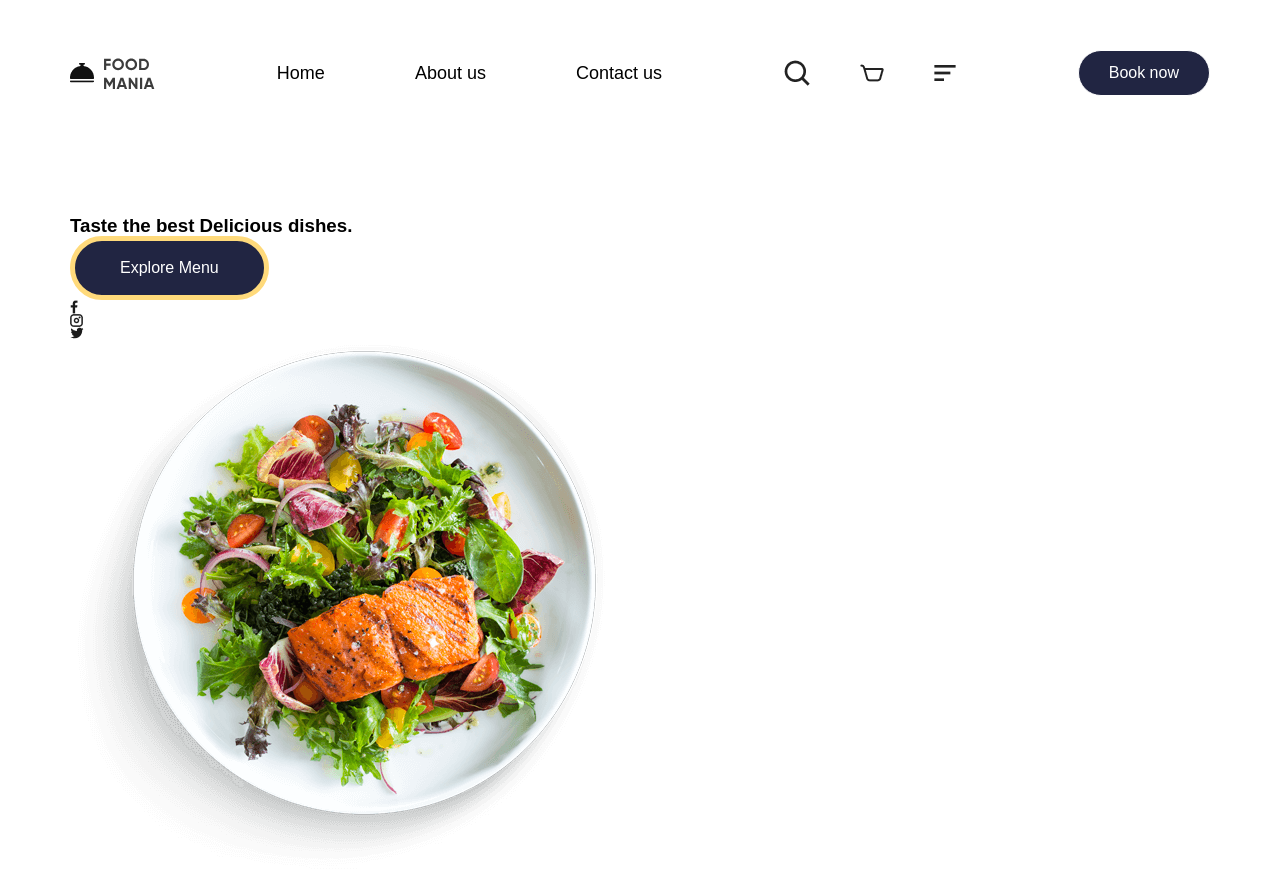
Repository: hoang0508/Figmafood
Page: index.html
The author's editor kept a copy of each file at every save. The page is drawn from the files as they stood at one save, then again after the next save.
The browser window is 1280 px wide. The pictures show the whole page.
The style sheet was rebuilt from its Sass, Less or Tailwind sources for each picture, by a compiler version that may differ from the author's.

Above is the page before, as saved 2021-11-08 09:28:26.

### index.html
<!DOCTYPE html>
<html lang="en">
  <head>
    <meta charset="UTF-8" />
    <meta http-equiv="X-UA-Compatible" content="IE=edge" />
    <meta name="viewport" content="width=device-width, initial-scale=1.0" />
    <title>LandingPage Food</title>
    <link
      rel="stylesheet"
      href="https://cdnjs.cloudflare.com/ajax/libs/font-awesome/4.7.0/css/font-awesome.min.css"
      integrity="sha512-SfTiTlX6kk+qitfevl/7LibUOeJWlt9rbyDn92a1DqWOw9vWG2MFoays0sgObmWazO5BQPiFucnnEAjpAB+/Sw=="
      crossorigin="anonymous"
      referrerpolicy="no-referrer"
    />
    <link rel="preconnect" href="https://fonts.googleapis.com" />
    <link rel="preconnect" href="https://fonts.gstatic.com" crossorigin />
    <link
      href="https://fonts.googleapis.com/css2?family=Poppins:wght@300;400;500;600;700&display=swap"
      rel="stylesheet"
    />
    <link rel="stylesheet" href="./css/app.css" />
  </head>
  <body>
    <div class="wrapper">
      <header class="header">
        <div class="container">
          <div class="header-container d-flex--between">
            <div class="header-logo d-flex--center">
              <img src="./images/logo.png" alt="" />
              <img src="./images/FOOD MANIA.svg" alt="" />
            </div>
            <ul class="header-list d-flex--center">
              <li class="header-item">
                <a href="#" class="header-link">Home</a>
              </li>
              <li class="header-item">
                <a href="#" class="header-link">About us</a>
              </li>
              <li class="header-item">
                <a href="#" class="header-link">Contact us</a>
              </li>
            </ul>
            <div class="header-icon d-flex--center">
              <a href="#" class="icon-link">
                <img src="./images/icon-search.png" alt="" />
              </a>
              <a href="#" class="icon-link">
                <img src="./images/icon-cart.png" alt="" />
              </a>
              <a href="#" class="icon-link">
                <img src="./images/icon-bars.png" alt="" />
              </a>
            </div>
            <button class="button button--primary">Book now</button>
          </div>
        </div>
      </header>
      <main>
        <section class="hero">
          <div class="container">
            <div class="hero-container">
              <div class="hero-content">
                <h3 class="hero-title">Taste the best Delicious dishes.</h3>
                <button class="button button--primary button--secondary">
                  Explore Menu
                </button>
                <div class="hero-social">
                  <a href="#" class="social-face">
                    <img src="./images/facebook.png" alt="" />
                  </a>
                  <a href="#" class="social-inst">
                    <img src="./images/instagram.png" alt="" />
                  </a>
                  <a href="#" class="social-twit">
                    <img src="./images/twitter.png" alt="" />
                  </a>
                </div>
              </div>
              <div class="hero-image">
                <div class="header-image--big">
                  <img
                    src="./images/kisspng-hamburger-street-food-seafood-fast-food-delicious-food-5a75083cceaf41 1.png"
                    alt=""
                  />
                </div>
              </div>
            </div>
          </div>
        </section>
      </main>
    </div>
  </body>
</html>

### sass/app.scss
@import "variable";
@import "reset";
@import "global";
@import "typography";
@import "header";

### sass/variable.scss
$primary-color: #212542;
$secondary-color: #2e0a0c;
$border-color: #ffda7b;
$text-color-box: #424242;
$text-color-small: #747474;

### sass/reset.scss
html {
  box-sizing: border-box;
}
* {
  margin: 0;
  padding: 0;
}
*,
*:before,
*:after {
  box-sizing: border-box;
}
input,
textarea,
select,
button {
  outline: none;
}
input {
  line-height: normal;
}
label,
button {
  cursor: pointer;
}
a {
  text-decoration: none;
}
img {
  display: block;
  max-width: 100%;
}

ul,
li {
  list-style: none;
}

### sass/global.scss
.wrapper {
  max-width: 1440px;
  margin: 0 auto;
  overflow: hidden;
}

.container {
  max-width: 1170px;
  margin: 0 auto;
  padding: 0 15px;
}

body {
  font-family: "Popins", sans-serif;
  line-height: 1;
  font-size: 16px;
}

.d-flex--center {
  display: flex;
  align-items: center;
}

.d-flex--between {
  display: flex;
  justify-content: space-between;
  align-items: center;
}

.button {
  display: inline-block;
  color: #fff;
  background-color: $primary-color;
  border: 0;
  &--primary {
    font-size: 16px;
    font-weight: 500;
    line-height: calc(24 / 16);
    padding: 10px 30px;
    background: #212542;
    border: 1.5px solid #ffffff;
    border-radius: 100px;
    display: flex;
    align-items: center;
    justify-content: center;
  }
  &--secondary {
    padding: 15px 45px;
    border-width: 5px;
    border-color: $border-color;
  }
}

### sass/typography.scss
.heading-title {
  font-size: 58px;
  font-weight: 600;
  line-height: calc(87 / 58);
  color: $secondary-color;
}

.text-desc {
  font-size: 18px;
  font-weight: 500;
  line-height: calc(27 / 18);
  padding: 25px 0 71px;
}

### sass/_header.scss
.header {
  margin-top: 50px;
  margin-bottom: 121px;
  &-logo {
    gap: 10px;
  }
  &-list {
    gap: 0 90px;
    font-size: 18px;
    font-weight: 500;
  }
  &-item {
    position: relative;
  }
  &-link {
    position: relative;
    color: #000000;
  }
  &-link:after {
    content: "";
    position: absolute;
    display: block;
    width: 0;
    height: 3px;
    background-color: $primary-color;
    bottom: -8px;
    border-radius: 5px;
    transition: all 0.3s linear;
  }
  &-link:hover::after {
    width: 100%;
    transition: all 0.3s linear;
  }
  &-icon {
    gap: 0 50px;
  }
}

After the next save:
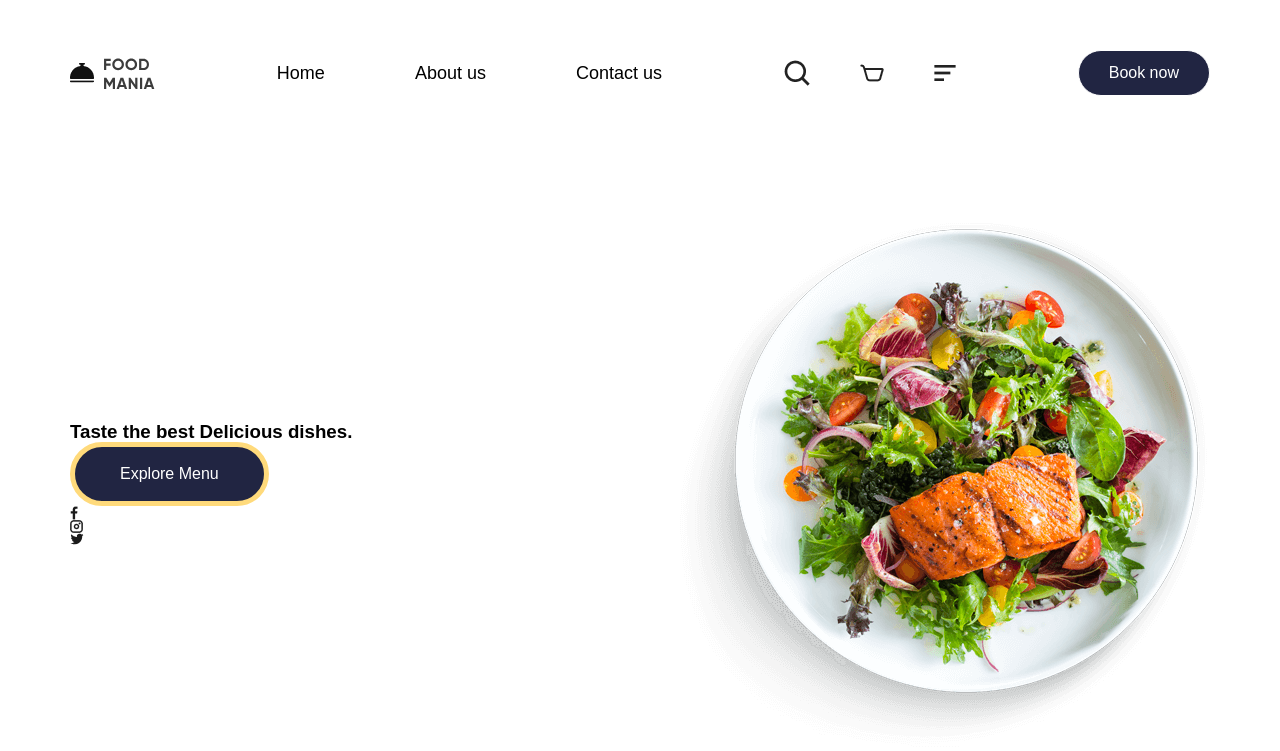
Saved 41 s later.
--- a/index.html
+++ b/index.html
@@ -58,7 +58,7 @@
       <main>
         <section class="hero">
           <div class="container">
-            <div class="hero-container">
+            <div class="hero-container d-flex--between">
               <div class="hero-content">
                 <h3 class="hero-title">Taste the best Delicious dishes.</h3>
                 <button class="button button--primary button--secondary">
